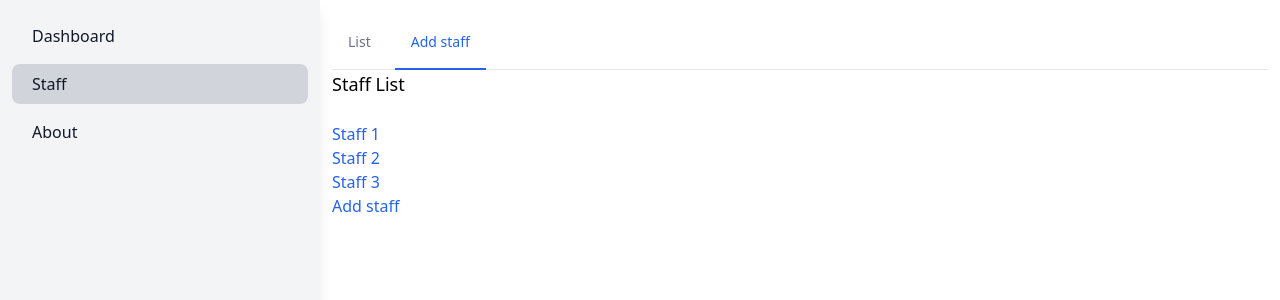
Repository: daohuyhoang9119/React-Router-6.4--Practice
Page: /staff
These files come from the project's save history. The page is drawn as it stood at one moment and after the next save; the edit follows.
The browser window is 1280 px wide. The pictures show the whole page.
The project was rebuilt for these pictures with package versions that can differ from the ones it lists, and the page was loaded fresh each time. Also part of the build but not shown: src/components/AddStaff/AddStaff.tsx, src/pages/404/Page404.tsx, src/pages/About/About.tsx, src/pages/Dashboard/Dashboard.tsx, src/components/StaffItem/StaffItem.tsx.

Above is the page before, as saved 2022-11-07 23:18:21.

### src/App.tsx
import AddStaff from 'components/AddStaff'
import MainLayout from 'layouts/MainLayout'
import Page404 from 'pages/404'
import About from 'pages/About'
import Dashboard from 'pages/Dashboard'
import Staff from 'pages/Staff'
import { Route, Routes } from 'react-router-dom'
import StaffItem from './components/StaffItem/StaffItem'

function App() {
  return (
    <div className='App'>
      <MainLayout>
        <Routes>
          <Route path='/' element={<Dashboard />} />
          <Route path='/about' element={<About />} />
          <Route path='/staff' element={<Staff />} />
          <Route path='/staff/:id' element={<StaffItem />} />
          <Route path='/staff/add' element={<AddStaff />} />
          <Route path='*' element={<Page404 />}></Route>
        </Routes>
      </MainLayout>
    </div>
  )
}

export default App

### src/components/AddStaff/index.ts
import AddStaff from './AddStaff'

export default AddStaff

### src/pages/404/index.ts
import Page404 from './Page404'

export default Page404

### src/pages/Staff/index.ts
import Staff from './Staff'

export default Staff

### src/layouts/MainLayout/MainLayout.tsx
import React from 'react'
import { Route, Link, NavLink } from 'react-router-dom'

interface Props {
  children?: React.ReactNode
}
export default function MainLayout({ children }: Props) {
  return (
    <div className='grid min-h-screen grid-cols-4'>
      <aside className='col-span-1' aria-label='Sidebar'>
        <div className='h-full overflow-y-auto bg-gray-100 py-4 px-3 shadow-lg'>
          <ul className='space-y-2'>
            <li>
              <NavLink
                to='/'
                end
                // className='flex items-center rounded-lg bg-gray-300 p-2 text-base font-normal text-gray-900 hover:bg-gray-300'
                className={({ isActive }) => {
                  const activeClass = isActive ? 'bg-gray-300 font-bold' : ''
                  return `flex items-center rounded-lg ${activeClass} p-2 text-base font-normal text-gray-900 hover:bg-gray-300`
                }}
              >
                <span className='ml-3'>Dashboard</span>
              </NavLink>
            </li>
            <li>
              <NavLink
                to='/staff'
                className={({ isActive }) => {
                  const activeClass = isActive ? 'bg-gray-300 font-bold' : ''
                  return `flex items-center rounded-lg ${activeClass} p-2 text-base font-normal text-gray-900 hover:bg-gray-300`
                }}
              >
                <span className='ml-3'>Staff</span>
              </NavLink>
            </li>
            <li>
              <NavLink
                to='/about'
                className={({ isActive }) => {
                  const activeClass = isActive ? 'bg-gray-300 font-bold' : ''
                  return `flex items-center rounded-lg ${activeClass} p-2 text-base font-normal text-gray-900 hover:bg-gray-300`
                }}
              >
                <span className='ml-3'>About</span>
              </NavLink>
            </li>
          </ul>
        </div>
      </aside>
      <main className='col-span-3 h-full py-4 px-3'>{children}</main>
    </div>
  )
}

### src/pages/Staff/Staff.tsx
import AddStaff from 'components/AddStaff'
import StaffList from 'components/StaffList'
import { Link } from 'react-router-dom'
export default function Staff() {
  return (
    <div>
      <div className='border-b border-gray-200 text-center text-sm font-medium text-gray-500  '>
        <ul className='-mb-px flex flex-wrap'>
          <li className='mr-2'>
            <a
              href='#'
              className='inline-block rounded-t-lg border-b-2 border-transparent p-4 hover:border-gray-300 hover:text-gray-600 '
            >
              List
            </a>
          </li>
          <li className='mr-2'>
            <a
              href='#'
              className='active inline-block rounded-t-lg border-b-2 border-blue-600 p-4 text-blue-600 '
              aria-current='page'
            >
              Add staff
            </a>
          </li>
        </ul>
      </div>

      <StaffList />
      <Link to='/staff/add' className='font-medium text-blue-600 hover:underline dark:text-blue-500'>
        Add staff
      </Link>

      {/* <AddStaff /> */}
    </div>
  )
}

### src/components/StaffList/index.tsx
import StaffList from './StaffList'

export default StaffList

### src/components/StaffList/StaffList.tsx
import { Link } from 'react-router-dom'

export default function StaffList() {
  return (
    <div>
      <h1 className='mb-6 text-lg'>Staff List</h1>
      <ul>
        <li>
          <Link to='/staff/1' className='font-medium text-blue-600 hover:underline dark:text-blue-500'>
            Staff 1
          </Link>
        </li>
        <li>
          <Link to='/staff/2' className='font-medium text-blue-600 hover:underline dark:text-blue-500'>
            Staff 2
          </Link>
        </li>
        <li>
          <Link to='/staff/3' className='font-medium text-blue-600 hover:underline dark:text-blue-500'>
            Staff 3
          </Link>
        </li>
      </ul>
    </div>
  )
}

Loaded but not shown: public/index.html (common file); src/index.tsx (common file); src/index.css (common file); src/reportWebVitals.ts (common file); src/layouts/MainLayout/index.ts (common file); src/pages/About/index.ts (common file); src/pages/Dashboard/index.ts (common file); tailwind.config.js (common file)

After the next save:
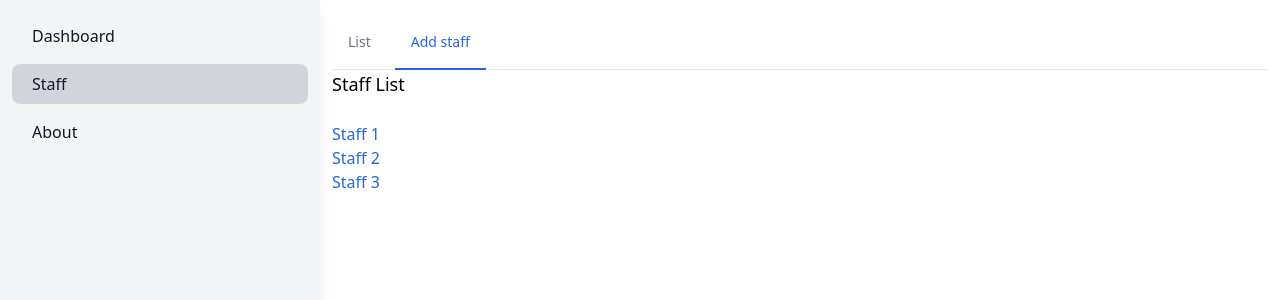
Saved 2 min 12 s later.
--- a/src/pages/Staff/Staff.tsx
+++ b/src/pages/Staff/Staff.tsx
@@ -7,29 +7,29 @@ export default function Staff() {
       <div className='border-b border-gray-200 text-center text-sm font-medium text-gray-500  '>
         <ul className='-mb-px flex flex-wrap'>
           <li className='mr-2'>
-            <a
-              href='#'
+            <Link
+              to='/stafflist'
               className='inline-block rounded-t-lg border-b-2 border-transparent p-4 hover:border-gray-300 hover:text-gray-600 '
             >
               List
-            </a>
+            </Link>
           </li>
           <li className='mr-2'>
-            <a
-              href='#'
+            <Link
+              to='/staff/add'
               className='active inline-block rounded-t-lg border-b-2 border-blue-600 p-4 text-blue-600 '
               aria-current='page'
             >
               Add staff
-            </a>
+            </Link>
           </li>
         </ul>
       </div>
 
       <StaffList />
-      <Link to='/staff/add' className='font-medium text-blue-600 hover:underline dark:text-blue-500'>
+      {/* <Link to='/staff/add' className='font-medium text-blue-600 hover:underline dark:text-blue-500'>
         Add staff
-      </Link>
+      </Link> */}
 
       {/* <AddStaff /> */}
     </div>
